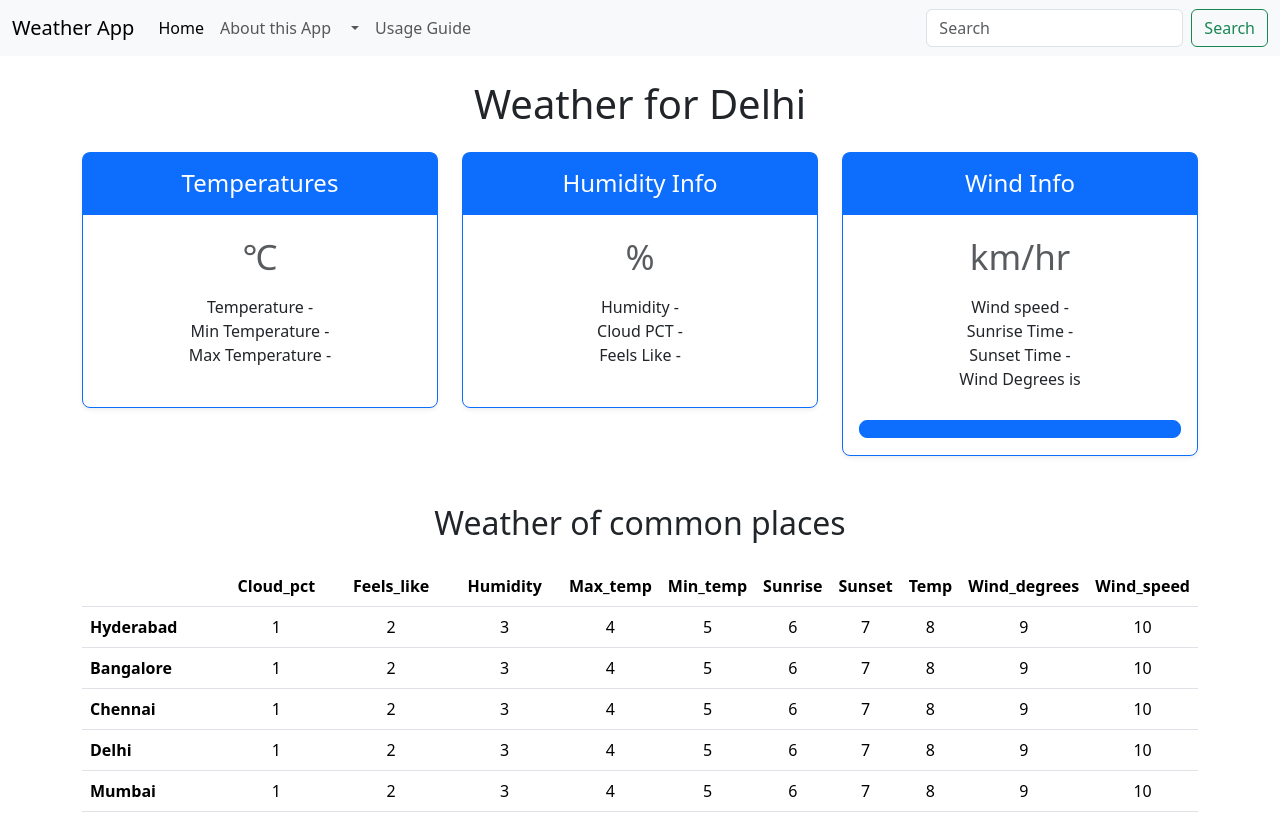
Repository: Abhilash2909/weather
Page: index.html
An editor plug-in stored every save of this project. The page is shown before and after the next save, followed by the edit.
The browser window is 1280 px wide. The pictures show the whole page.
The page's requests for data from a server got no answer.

Above is the page before, as saved 2024-02-11 17:17:23.

### index.html
<!doctype html>
<html lang="en">
  <head>
    <meta charset="utf-8">
    <meta name="viewport" content="width=device-width, initial-scale=1">
    <title>My Weather App</title>
    <link href="https://cdn.jsdelivr.net/npm/bootstrap@5.3.2/dist/css/bootstrap.min.css" rel="stylesheet" integrity="sha384-T3c6CoIi6uLrA9TneNEoa7RxnatzjcDSCmG1MXxSR1GAsXEV/Dwwykc2MPK8M2HN" crossorigin="anonymous">
  </head>
  <body>
    <nav class="navbar navbar-expand-lg bg-body-tertiary">
        <div class="container-fluid">
          <a class="navbar-brand" href="#">Weather App</a>
          <button class="navbar-toggler" type="button" data-bs-toggle="collapse" data-bs-target="#navbarSupportedContent" aria-controls="navbarSupportedContent" aria-expanded="false" aria-label="Toggle navigation">
            <span class="navbar-toggler-icon"></span>
          </button>
          <div class="collapse navbar-collapse" id="navbarSupportedContent">
            <ul class="navbar-nav me-auto mb-2 mb-lg-0">
              <li class="nav-item">
                <a class="nav-link active" aria-current="page" href="#">Home</a>
              </li>
              <li class="nav-item">
                <a class="nav-link" href="#">About this App</a>
              </li>
              <li class="nav-item dropdown">
                <a class="nav-link dropdown-toggle" href="#" role="button" data-bs-toggle="dropdown" aria-expanded="false">
                </a>
                <ul class="dropdown-menu">
                  <li><a class="dropdown-item" href="#">Delhi</a></li>
                  <li><a class="dropdown-item" href="#">Seattle</a></li>
                  <li><a class="dropdown-item" href="#">Bangalore</a></li>
                </ul>
              </li>
              <li class="nav-item">
                <a class="nav-link" aria-disabled="true">Usage Guide</a>
              </li>
            </ul>
            <form class="d-flex" role="search">
              <input id="city" class="form-control me-2" type="search" placeholder="Search" aria-label="Search">
              <button class="btn btn-outline-success" type="submit" id="submit">Search</button>
            </form>
          </div>
        </div>
      </nav>

      <div class="container">
        <main>
          <h1 class= "my-4 text-center">Weather for <span id="cityName"></span></h1>
          <div class="row row-cols-1 row-cols-md-3 mb-3 text-center">
          <div class="col">
            <div class="card mb-4 rounded-3 shadow-sm border-primary">
              <div class="card-header py-3 text-bg-primary border-primary">
                <h4 class="my-0 fw-normal">Temperatures</h4>
              </div>
              <div class="card-body">
                <h1 class="card-title pricing-card-title"><span id="temp2"></span><small class="text-body-secondary fw-light"></span><span>&#8451;</span></small></h1>
                <ul class="list-unstyled mt-3 mb-4">
                  <li>Temperature - <span id="temp" ></span></li>
                  <li>Min Temperature - <span id="min_temp" ></span></li>
                  <li>Max Temperature - <span id="max_temp" ></span></li>
                </ul>
                <!-- <button type="button" class="w-100 btn btn-lg btn-outline-primary">Sign up for free</button> -->
              </div>
            </div>
          </div>
          <div class="col">
            <div class="card mb-4 rounded-3 shadow-sm border-primary">
              <div class="card-header py-3 text-bg-primary border-primary">
                <h4 class="my-0 fw-normal">Humidity Info</h4>
              </div>
              <div class="card-body">
                <h1 class="card-title pricing-card-title"><span id="humidity2" ></span><small class="text-body-secondary fw-light">%</small></h1>
                <ul class="list-unstyled mt-3 mb-4">
                  <li>Humidity - <span id="humidity" ></span></li>
                  <li>Cloud PCT - <span id="cloud_pct" ></span></li>
                  <li>Feels Like - <span id="feels_like" ></span></li>
                </ul>
                <!-- <button type="button" class="w-100 btn btn-lg btn-primary">Get started</button> -->
              </div>
            </div>
          </div>

          <div class="col">
            <div class="card mb-4 rounded-3 shadow-sm border-primary">
              <div class="card-header py-3 text-bg-primary border-primary">
                <h4 class="my-0 fw-normal">Wind Info</h4>
              </div>
              <div class="card-body">
                <h1 class="card-title pricing-card-title"><span id="wind_speed2" ></span><small class="text-body-secondary fw-light">km/hr</small></h1>
                <ul class="list-unstyled mt-3 mb-4">
                  <li>Wind speed - <span id="wind_speed" ></span></li>
                  <li>Sunrise Time - <span id="sunrise" ></span></li>
                  <li>Sunset Time - <span id="sunset" ></span></li>
                  <li>Wind Degrees is <span id="wind_degrees" ></span></li>
                </ul>
                <button type="button" class="w-100 btn btn-lg btn-primary"></button>
              </div>
            </div>
          </div>
        </div>

        <h2 class="my-4 text-center">Weather of common places</h2>

        <div class="table-responsive">
          <table class="table text-center">
            <thead>
              <tr>
                <th style="width: 30%;">   </th>
                <th style="width: 22%;"> Cloud_pct </th>
                <th style="width: 22%;"> Feels_like </th>
                <th style="width: 22%;"> Humidity </th>
                <th style="width: 22%;"> Max_temp </th>
                <th style="width: 22%;"> Min_temp </th>
                <th style="width: 22%;"> Sunrise </th>
                <th style="width: 22%;"> Sunset </th>
                <th style="width: 22%;"> Temp </th>
                <th style="width: 22%;"> Wind_degrees </th>
                <th style="width: 22%;"> Wind_speed </th>
              </tr>
            </thead>
            <tbody>
              <tr>
                <th scope="row" class="text-start">Hyderabad</th>
                <td>1</td>
                <td>2</td>
                <td>3</td>
                <td>4</td>
                <td>5</td>
                <td>6</td>
                <td>7</td>
                <td>8</td>
                <td>9</td>
                <td>10</td>
              </tr>
              <tr>
                <th scope="row" class="text-start">Bangalore</th>
                <td>1</td>
                <td>2</td>
                <td>3</td>
                <td>4</td>
                <td>5</td>
                <td>6</td>
                <td>7</td>
                <td>8</td>
                <td>9</td>
                <td>10</td>
              </tr>
            </tbody>

            <tbody>
              <tr>
                <th scope="row" class="text-start">Chennai</th>
                <td>1</td>
                <td>2</td>
                <td>3</td>
                <td>4</td>
                <td>5</td>
                <td>6</td>
                <td>7</td>
                <td>8</td>
                <td>9</td>
                <td>10</td>
              </tr>
              <tr>
                <th scope="row" class="text-start">Delhi</th>
                <td>1</td>
                <td>2</td>
                <td>3</td>
                <td>4</td>
                <td>5</td>
                <td>6</td>
                <td>7</td>
                <td>8</td>
                <td>9</td>
                <td>10</td>
              </tr>
              <tr>
                <th scope="row" class="text-start">Mumbai</th>
                <td>1</td>
                <td>2</td>
                <td>3</td>
                <td>4</td>
                <td>5</td>
                <td>6</td>
                <td>7</td>
                <td>8</td>
                <td>9</td>
                <td>10</td>
              </tr>
            </tbody>
          </table>
        </div>
      </main></div>
    <script src="https://cdn.jsdelivr.net/npm/bootstrap@5.3.2/dist/js/bootstrap.bundle.min.js" integrity="sha384-C6RzsynM9kWDrMNeT87bh95OGNyZPhcTNXj1NW7RuBCsyN/o0jlpcV8Qyq46cDfL" crossorigin="anonymous"></script>
    <script src="script.js"></script>
</body>
</html>

### script.js

// const url = 'https://weather-by-api-ninjas.p.rapidapi.com/v1/weather?city=Seattle';
// const options = {
//     method: 'GET',
//     headers: {
//         'X-RapidAPI-Key': '9f5fc666cemsh950495f18781500p1999a7jsna0d8657b4aba',
//         'X-RapidAPI-Host': 'weather-by-api-ninjas.p.rapidapi.com'
//     }
// };

// async function fetchData() {
//     try {
//         const response = await fetch(url, options);
//         const result = await response.text();
//         console.log(result);
//     } catch (error) {
//         console.error(error);
//     }
// }

// fetchData();


// const url = 'https://weather-by-api-ninjas.p.rapidapi.com/v1/weather?city=Seattle';
// const options = {
// 	method: 'GET',
// 	headers: {
// 		'X-RapidAPI-Key': '9f5fc666cemsh950495f18781500p1999a7jsna0d8657b4aba',
// 		'X-RapidAPI-Host': 'weather-by-api-ninjas.p.rapidapi.com'
// 	}
// };

// try {
// 	const response = await fetch(url, options);
// 	const result = await response.text();
// 	console.log(result);
// } catch (error) {
// 	console.error(error);
// }



const options = {
    method: 'GET',
    headers: {
      'X-RapidAPI-Key': 'b45e96323fmshf5e4bc50d3b8a90p1e091djsnfb21cde4eb87',
      'X-RapidAPI-Host': 'weather-by-api-ninjas.p.rapidapi.com'
    }
  };
const getWeather = (city) => {
  cityName.innerHTML = city
  fetch('https://weather-by-api-ninjas.p.rapidapi.com/v1/weather?city=' + city, options)
    .then(response => response.json())
    .then((response) => {
      console.log(response)
      cloud_pct.innerHTML = response.cloud_pct
      temp.innerHTML = response.temp
      temp2.innerHTML = response.temp
      feels_like.innerHTML = response.feels_like
      humidity.innerHTML = response.humidity
      humidity2.innerHTML = response.humidity
      min_temp.innerHTML = response.min_temp
      max_temp.innerHTML = response.max_temp
      wind_speed.innerHTML = response.wind_speed
      wind_speed2.innerHTML = response.wind_speed
      wind_degrees.innerHTML = response.wind_degrees
      sunrise.innerHTML = response.sunrise
      sunset.innerHTML = response.sunset
    })
    .catch(error => console.error(error));
}

submit.addEventListener("click", (e)=>{
  e.preventDefault()
  getWeather(city.value)
})

getWeather("Delhi")

After the next save:
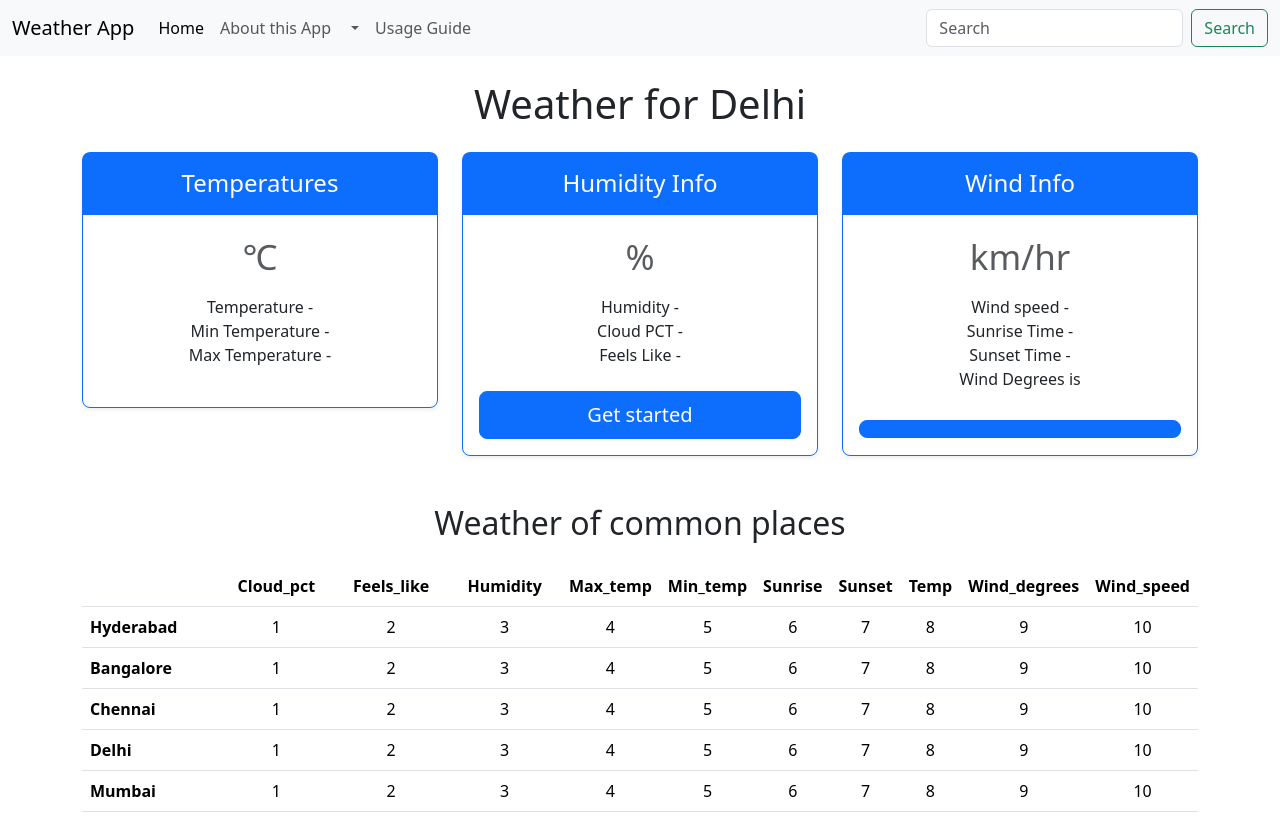
Saved 7 s later.
--- a/index.html
+++ b/index.html
@@ -74,7 +74,7 @@
                   <li>Cloud PCT - <span id="cloud_pct" ></span></li>
                   <li>Feels Like - <span id="feels_like" ></span></li>
                 </ul>
-                <!-- <button type="button" class="w-100 btn btn-lg btn-primary">Get started</button> -->
+                <button type="button" class="w-100 btn btn-lg btn-primary">Get started</button>
               </div>
             </div>
           </div>
